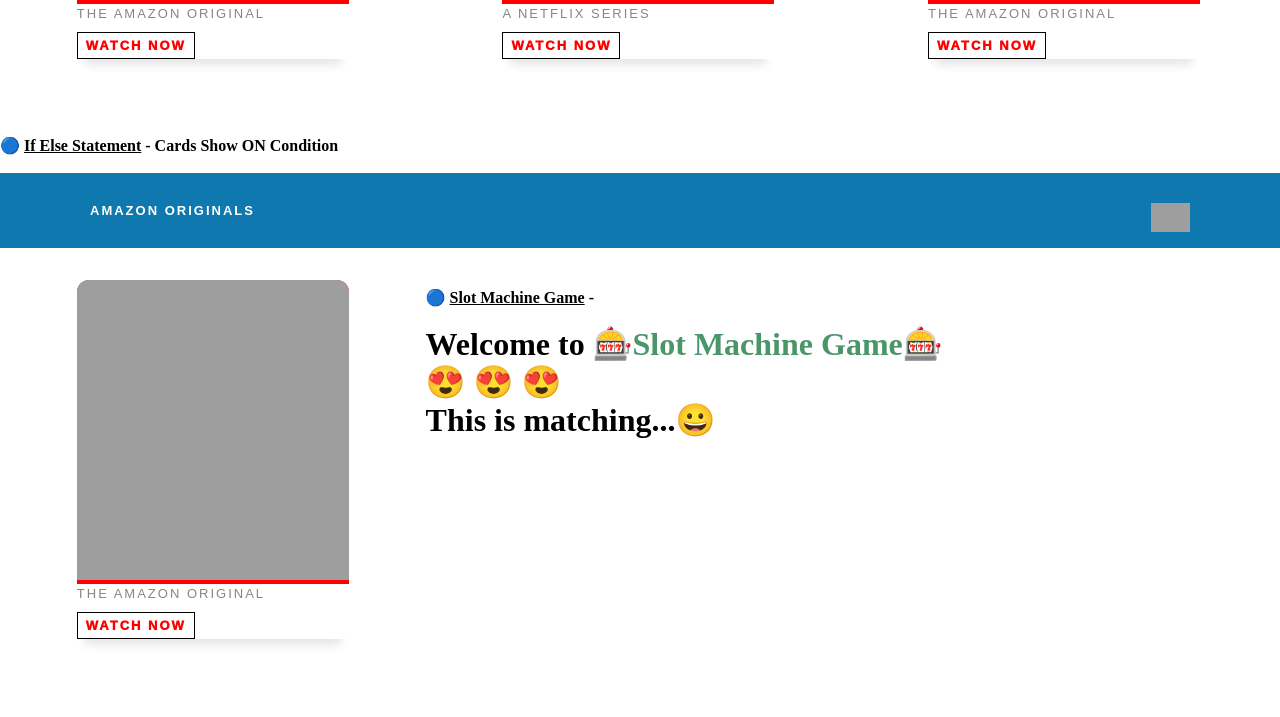
Repository: AalokJadhav/Being_ReactJS
Page: /
The author's editor kept a copy of each file at every save. The page is drawn from the files as they stood at one save, then again after the next save.
The browser window is 1280 px wide. The pictures show the part of the page from y = 2507 to 3224 px (the page is 3224 px tall).
Pictures or frames that could not be fetched are drawn as grey boxes. Some web fonts or font styles are not loaded; a fallback is used. The project was rebuilt for these pictures with package versions that can differ from the ones it lists, and the page was loaded fresh each time.

Above is the page before, as saved 2021-10-19 20:42:33.

### public/index.html
<!DOCTYPE html>
<html lang="en">

<head>
  <meta charset="utf-8" />
  <link rel="icon" href="%PUBLIC_URL%/favicon.ico" />
  <meta name="viewport" content="width=device-width, initial-scale=1" />
  <meta name="theme-color" content="#000000" />
  <meta name="description" content="Web site created using create-react-app" />
  <link rel="apple-touch-icon" href="%PUBLIC_URL%/logo192.png" />
  <!--
      manifest.json provides metadata used when your web app is installed on a
      user's mobile device or desktop. See https://developers.google.com/web/fundamentals/web-app-manifest/
    -->
  <link rel="manifest" href="%PUBLIC_URL%/manifest.json" />
  <link rel="preconnect" href="https://fonts.googleapis.com">
  <link rel="preconnect" href="https://fonts.gstatic.com" crossorigin>
  <link rel="preconnect" href="https://fonts.googleapis.com">
  <link rel="preconnect" href="https://fonts.gstatic.com" crossorigin>
  <link href="https://fonts.googleapis.com/css2?family=Festive&display=swap" rel="stylesheet">
    <!--
      Notice the use of %PUBLIC_URL% in the tags above.
      It will be replaced with the URL of the `public` folder during the build.
      Only files inside the `public` folder can be referenced from the HTML.

      Unlike "/favicon.ico" or "favicon.ico", "%PUBLIC_URL%/favicon.ico" will
      work correctly both with client-side routing and a non-root public URL.
      Learn how to configure a non-root public URL by running `npm run build`.
    -->
  <title>Being React</title>
</head>

<body>
  <noscript>You need to enable JavaScript to run this app.</noscript>
  <div id="root"></div>
  <!--
      This HTML file is a template.
      If you open it directly in the browser, you will see an empty page.

      You can add webfonts, meta tags, or analytics to this file.
      The build step will place the bundled scripts into the <body> tag.

      To begin the development, run `npm start` or `yarn start`.
      To create a production bundle, use `npm run build` or `yarn build`.
    -->
</body>

</html>

### src/index.js
// var React = require ('react');
// var ReactDom = require ('react-dom');

import React from 'react';
import ReactDom from 'react-dom';
import './index.css';
import App from './App';


ReactDom.render(<App />, document.getElementById('root'));

### src/index.css

*{margin: 0; padding: 0; box-sizing: border-box;};


.h3 {
  padding-left: 0%;
}
/* Style the header with a grey background and some padding */
.header {
  overflow: hidden;
  background-color: black;
  padding: 20px 10px;
}

/* Style the header links */
.header a {
  float: left;
  color: #fff;
  text-align: center;
  padding: 12px;
  text-decoration: none;
  font-size: 18px;
  line-height: 25px;
  border-radius: 4px;
}

/* Style the logo link (notice that we set the same value of line-height and font-size to prevent the header to increase when the font gets bigger */
.header a.logo {
  font-size: 25px;
  font-weight: bold;
  font-family: cursive;
  color: #61dafb;
}

/* Style the active/current link*/
.active {
  line-height: 50px;
}

/* Float the link section to the right */
.header-right {
  float: right;
}

.heart {
	font-size: 25px;
	color: #e00;
	animation: beat .25s infinite alternate;
	transform-origin: center;
}

/* Heart beat animation */
@keyframes beat{
	to { transform: scale(1.4); }
}

.googlefont {
  font-family: 'Festive', cursive;
}
/* Add media queries for responsiveness - when the screen is 500px wide or less, stack the links on top of each other */
@media screen and (max-width: 500px) {
  .header a {
    float: none;
    display: block;
    text-align: left;
  }
  .header-right {
    float: none;
  }
}

.img_div img{
  width: 33%;
  height: 5%;
  margin: auto;
  padding-left: 2%;
}

.content {
  padding-left: 2%;
}
.sHeading1 {
  text-align: center;
}

.challenge1 {
  background-color: rgb(137, 191, 212);
  width: 40%;
  height: 20vh;
  display: flex;
  justify-content: center;
  align-items: center;
  margin-top: -0px;
  margin-left: 25px;
  border-radius: 20px;
}

.heading_styleN  {
  padding: 30px 0;
  padding-left: 90px;
  text-align: left;
  font-family: "Raleway", sans-serif;
  text-transform: uppercase;
  font-size: 13px;
  letter-spacing: 2px;
  font-weight: 5000;
  color: red;
  background-color: black;
  font-size: 1.rem;
  margin-bottom: -50px;
}

.netflixlogo {
  height: 29px;
  float: right;
  padding-right: 90px;

}
.heading_styleA  {
  padding: 30px 0;
  padding-left: 90px;
  text-align: left;
  font-family: "Raleway", sans-serif;
  text-transform: uppercase;
  font-size: 13px;
  letter-spacing: 2px;
  font-weight: 5000;
  color: white;
  background-color: #0f79af;
  font-size: 1.rem;
  margin-bottom: -50px;
}

.primelogo {
  height: 29px;
  float: right;
  padding-right: 90px;
}

.cards {
  width: 100%;
  height: auto;
}

.card {
  margin: 6%;
  transition: all 0.4s cubic-bezier(0.175, 0.885, 0, 1);
  width: 21.25%;
  border-radius: 12px;
  background-color: red;
  box-shadow: 0px 13px 10px -7px rgb(0, 0, 0, 0.1);
  float: left;
}

.card:hover {
  box-shadow: 0px 30px 18px  -8px  rgb(0, 0, 0, 0.1);
  transform: scale(1.05, 1.05);
  background-color: green;

}
.card__img {
  width: 100%;
  height: 300px;
  border-top-left-radius: 12px;
  border-top-right-radius: 12px;

}

.card__info {
  background-color: #fff;
  border-bottom-left-radius: 12px;
  border-bottom-left-radius: 12px;
  background-color: #fff;
}

.card__category {
  font-family: "Raleway", sans-serif;
  text-transform: uppercase;
  font-size: 13px;
  letter-spacing: 2px;
  font-weight: 500;
  color: #868686;
  background-color: #fff;


}

.card__title {
  margin-top: 5px;
  margin-bottom: 10px;
  text-transform: capitalize;
  font-family: "Raleway", sans-serif;
  background-color: #fff;

}

button {
  padding: 5px 8px;
  font-family: "Raleway", sans-serif;
  text-transform: uppercase;
  font-size: 13px;
  letter-spacing: 2px;
  font-weight: 1000;
  color: red;
  background-color: #fff;
  outline: none;
  border: 1px solid black;
  cursor: pointer;
}

.flash{
  animation:blinkingText 1.2s infinite;
}
@keyframes blinkingText{
  0%{     color: blue;    }
  49%{    color: chartreuse; }
  60%{    color: red; }
  99%{    color:turquoise;  }
  100%{   color: #000;    }
}

### src/App.js
import React from "react";
import './index.css';

import Navbar from './Header'
import List from "./List";
import CurrentDate from "./CurrentDate";
import RandomImages from "./RandomImages";
import InlineCss from "./InlineCss";
import SimpleGreeting from './SimpleGreeting';
import GoogleFont from "./GoogleFont";
import RComponents from "./RComponents";
import NetflixCard from "./NetflixCard";
import IfElse from "./IfElse";
import SlotMachine from "./SlotMechine";


function App() {

  return (
    <>
      <Navbar /><br /><br /><br /><br />
      <h4>Hello  World From ReactJS...✋</h4><br />
      <CurrentDate />
      <RandomImages />
      <InlineCss /> <br />
      <GoogleFont />
      <SimpleGreeting />
      <List />
      <RComponents />
      <NetflixCard />
      <IfElse /><br /><br /><br /><br /><br />
      <SlotMachine />
    </>
  );
}



export default App;


//In Pure JavaScript
var h3 = document.createElement('h3');
h3.innerHTML = 'Hello  World From Pure JavaScript...❤❤❤';
document.getElementById('root').appendChild(h3);

### src/Header.jsx
import React from "react";




function Navbar() {

  return (
    <>
    <div className="header">
        <a href="#default" className="logo"><span style={{ color: 'white'}}>Being</span> &nbsp;
        <img src="data:[embedded picture, 514 characters]" alt="" height="20"  />
           &nbsp; React</a>
      <div className="header-right">
        <h5 className="active" style={{ color: 'white'}}>Made with <span className="heart">&#x2665;</span> by Alok Jadhav</h5>
        </div>
      </div>
    </>
  );
}
export default Navbar;

### src/List.jsx
import React from "react";
import './index.css';

function List() {
  return (
    <>

      <div className="content">
      <h3>Netflix Top Series</h3>
        <ol>
          <li>Stranger Things</li>
          <li>Dark</li>
          <li>Money Heiest</li>
          <li>Elite</li>
          <li>Ozark</li>
        </ol>
      </div>
      <br />
    </>
  );
}

export default List;

### src/CurrentDate.jsx
import React from "react";


const fullDate = new Date();
const date = fullDate.toLocaleDateString();
const time = fullDate.toLocaleTimeString();


function CurrentDate() {
    return (
        <>
        <h4>🔵 <u>Display Current date and time in JSX</u> -</h4><br />
        <div className="content">
          <p>Current Date is {`${date}`} </p>
          <p>Current Time is {`${time} `} </p>
        </div>
        <br />
        </>
    );
  }

export default CurrentDate;

### src/RandomImages.jsx
import React from "react";
import './index.css';

const RandomImgUrl = 'https://picsum.photos/2000';
const RandomImgUrl1 = 'https://picsum.photos/900';
const RandomImgUrl2 = 'https://picsum.photos/800';

function RandomImages() {
  return (
    <>
    <h4>🔵 <u>JSX Attributes for random image</u> -</h4><br />
  <div className="img_div">
    <img src={RandomImgUrl} alt='random image1' />
    <img src={RandomImgUrl1} alt='random image2' />
    <img src={RandomImgUrl2} alt='random image3' />
  </div>
  <br />
  </>
  );
}

export default RandomImages;

### src/InlineCss.jsx
function InlineCss() {
    return (
        <>
            <h4 >🔵 <u>Inline or Internal CSS Styling</u> -</h4><br/>
            <div className="content">
            <h3>Being <span style={{ color: '#61dafb', fontFamily: 'serif' }}>ReactJs</span> </h3>
            </div>
        </>
    )
}

export default InlineCss;

### src/SimpleGreeting.jsx
const CurrDate = new Date(2021, 14, 10, 9);
const hour = CurrDate.getHours();
let greeting = '';

const cssStyle = {}

if (hour >= 1 && hour < 12) {
    greeting = 'Good Mooring..🙂';
    cssStyle.color = 'green';
} else if (hour >= 12 && hour < 19) {
    greeting = 'Good Afternoon..🙄';
    cssStyle.color = 'orange';
} else {
    greeting = 'Good Night..😴';
}

function SimpleGreeting() {
    return (
        <>
            <h4>🔵 <u>Challenge</u> - As Timeline change the expression of farewell (ie.Good Morning/Afternoon/Night)</h4><br />
            <div className="challenge1">
                <h1>Hello World...<span style={cssStyle}> {greeting}</span></h1>
            </div>
            <br />
        </>
    )
}

export default SimpleGreeting;

### src/GoogleFont.jsx
import React from "react";
import './index.css';


function GoogleFont() {
  return (
    <>
    <h4>🔵 <u>How to use Google Font</u> -  see font link in index.html </h4><br/>
  <div className="content">
    <h4 className="googlefont">Use Google font in React </h4>
  </div>
  <br />
  </>
  );
}

export default GoogleFont;

### src/RComponents.jsx
import React from 'react';
import Title from './Title';
import AllCharacter from './AllCharacter';

function RComponents() {
    return (
        <>
            <h4>🔵 <u>React Components</u> - Seprate Piece of code into Components</h4><br />
            <Title />
            <br />
            <AllCharacter />
            <br />
        </>
    )
}

export default RComponents;

### src/NetflixCard.jsx
import React from "react";
import Card from "./Card";
import Sdata from "./Sdata";
import Title from "./Title";

function NetflixCard() {

    return (
        <>
            <h4>🔵 <u>Props & Array with Map Arrow Function</u> - Netflix Card</h4><br />
            <Title /><br />
            {/* <h1 className="heading_styleN" >Netflix Favorite  Series</h1> */}
            {Sdata.map((val, index) => {
                console.log(index);
                return (
                    <Card
                        key={val.id}
                        imgsrc={val.imgsrc}
                        title={val.title}
                        sname={val.sname}
                        link={val.link} />
                )
            })
            }
        </>
    )
}

export default NetflixCard;

### src/IfElse.jsx
import React from "react";
import Card from "./Card";
import Sdata from "./Sdata";

const FavSeries = 'netflix';

function IfElse() {
    if (FavSeries === 'netflix') {
        return (
            <>
                <h4>🔵 <u>If Else Statement</u> - Cards Show ON Condition</h4><br />
                <h1 className="heading_styleA" >Amazon Originals <img className="primelogo" src='https://upload.wikimedia.org/wikipedia/commons/thumb/1/11/Amazon_Prime_Video_logo.svg/800px-Amazon_Prime_Video_logo.svg.png'></img> </h1>
                <Card
                    key={Sdata[1].id}
                    imgsrc={Sdata[1].imgsrc}
                    title={Sdata[1].title}
                    sname={Sdata[1].sname}
                    link={Sdata[1].link} />

            </>
        )
    } else {
        return (
            <>
                <br />
                <h4>🔵 <u>If Else Statement</u> - Cards Show with Condition</h4><br />
                <h1 className="heading_styleN" >A Netflix Originals <img className="netflixlogo" src='https://upload.wikimedia.org/wikipedia/commons/thumb/0/08/Netflix_2015_logo.svg/799px-Netflix_2015_logo.svg.png'></img> </h1>
                <Card
                    key={Sdata[2].id}
                    imgsrc={Sdata[2].imgsrc}
                    title={Sdata[2].title}
                    sname={Sdata[2].sname}
                    link={Sdata[2].link} />

            </>
        )



    }

}

export default IfElse;

### src/SlotMechine.jsx
import React from "react";

const SlotM = () => {
    let x = '😍';
    let y = '😍';
    let z = '😍';

    if ((x === y && y === z)) {
        return (
            <>
            <div className="slot_inner">
                <h1>
                    {x} {y} {z}
                </h1>
                <h1> This is matching...😀</h1>
            </div>
            </>
        )
    } else {
        return (
            <>
            <div className="slot_inner">
                <h1>
                    {x} {y} {z}
                </h1>
                <h1> This is not matching...😓</h1>
            </div>
            </>
        )
    }
}

const SlotMachine = () => {
    return (
        <>
         <h4>🔵 <u>Slot Machine Game</u> - </h4><br />
        <h1 className="heading_style">Welcome to {""} 🎰<span className="flash">Slot Machine Game</span>🎰</h1>
        <SlotM  />
        </>
    )
}

export default SlotMachine;

### src/Title.jsx
import React from "react";


function Title() {
    return (
        <div className="sHeading1">
            <h2><span style={{color: 'red'}}>Netflix</span> & <span style={{color: '#0f79af'}}>Amazon</span> Top Series</h2>
        </div>

    )
}



export default Title;

### src/AllCharacter.jsx
// import { FullName } from './FullName';



const Characters = ['Ross', 'Rachel', 'Monica', 'Joey', 'Chandler', 'Phoebe'];
const AllCharacters = [];

let name = 'Alok Jadhav';
const Myname = name

Characters.forEach(function (data) {
  AllCharacters.push(<li>{data}</li>);
});

function AllCharacter() {
  return (
    <>
      <h4>🔵 <u>ES6 Modules, function Import Export</u> - </h4><br />
      <div className="content">
        <h3>F.R.I.E.N.D.S Characters</h3>
        <ol className="content">
          <li>{AllCharacters}</li>
        </ol>
        <br />
        <h3>{Myname}</h3>
      </div>
    </>
  )
}

export default AllCharacter;

### src/Card.jsx
import React from "react";
import Images from "./CardImages";
import NcardHeading from "./NcardHeading";

function Card(props) {
    return (
      <>
        <div className="cards">
          <div className="card">
            <Images  imgsrc={props.imgsrc}/>
            <div className="card__info">
              <span className="card__category">{props.title}</span>
              <NcardHeading sname={props.Sname} />
              <a href={props.link} target="_blank" rel="noreferrer">
                <button>Watch Now</button>
              </a>
            </div>
          </div>
        </div>
      </>
    )
  }

  export default Card;

### src/Sdata.jsx
const Sdata = [
  {
    id: 1,
    imgsrc:
      "http://cdn.shopify.com/s/files/1/0151/0741/products/pg1004_1024x1024.jpg?v :1578633269",
    title: "A Netflix Series",
    sname: "F.R.I.E.N.D.S",
    link: "https://www.netflix.com/in/title/70153404",
  },
  {
    id: 2,
    imgsrc: "https://talenthouse-res.cloudinary.com/image/upload/c_limit,fl_progressive,h_1280,w_1280/v1542188034/user-849291/submissions/mfa0no5fxv0d2t40jgpt.jpg",
    title: "The Amazon Original",
    sname: "Mirzapur",
    link: "https://www.primevideo.com/detail/Mirzapur/0PDOKMV9CRLOMO5EUKNCUJLG4Q",
  },
  {
    id: 3,
    imgsrc: "https://wallpapercave.com/wp/wp4056407.jpg",
    title: "A Netflix Series",
    sname: "Dark",
    link: "https://www.netflix.com/in/title/80100172",
  },
  {
    id: 4,
    imgsrc: "https://i1.wp.com/urbanasian.com/wp-content/uploads/2021/01/C5171E29-D5A4-4E14-99B2-CA462FC48FA2.png?fit=525%2C453&ssl=1",
    title: "The Amazon Original",
    sname: "The Family Man",
    link: "https://www.primevideo.com/detail/The-Family-Man/0H3DDB4KBJFNDCKKLHNRLRLVKQ",
  },
  {
    id: 5,
    imgsrc: "https://wallpapercave.com/wp/wp1839578.jpg",
    title: "A Netflix Series",
    sname: "Stranger Things",
    link: "https://www.netflix.com/in/title/80057281",
  },
  {
    id: 6,
    imgsrc: "https://www.91-cdn.com/hub/wp-content/uploads/2021/07/Paatal-Lok-highest-rated-Hindi-web-series-to-watch-on-Amazon-Prime-Video.jpg?tr=q-100",
    title: "The Amazon Original",
    sname: "Paatal Lok",
    link: "https://www.primevideo.com/detail/Paatal-Lok/0G9IEOHCN8KMY6COD9ILGH7IY5",
  },
];

export default Sdata;

### src/CardImages.jsx
import React from "react";

const Images = (props) => {
    return <img src={props.imgsrc} alt="friends" className="card__img"  />

};

export default Images;

### src/NcardHeading.jsx
import React from "react";

const NcardHeading = (props) => {
  return  <h3 className="card__title">{props.Sname}</h3>
}

export default NcardHeading;

After the next save:
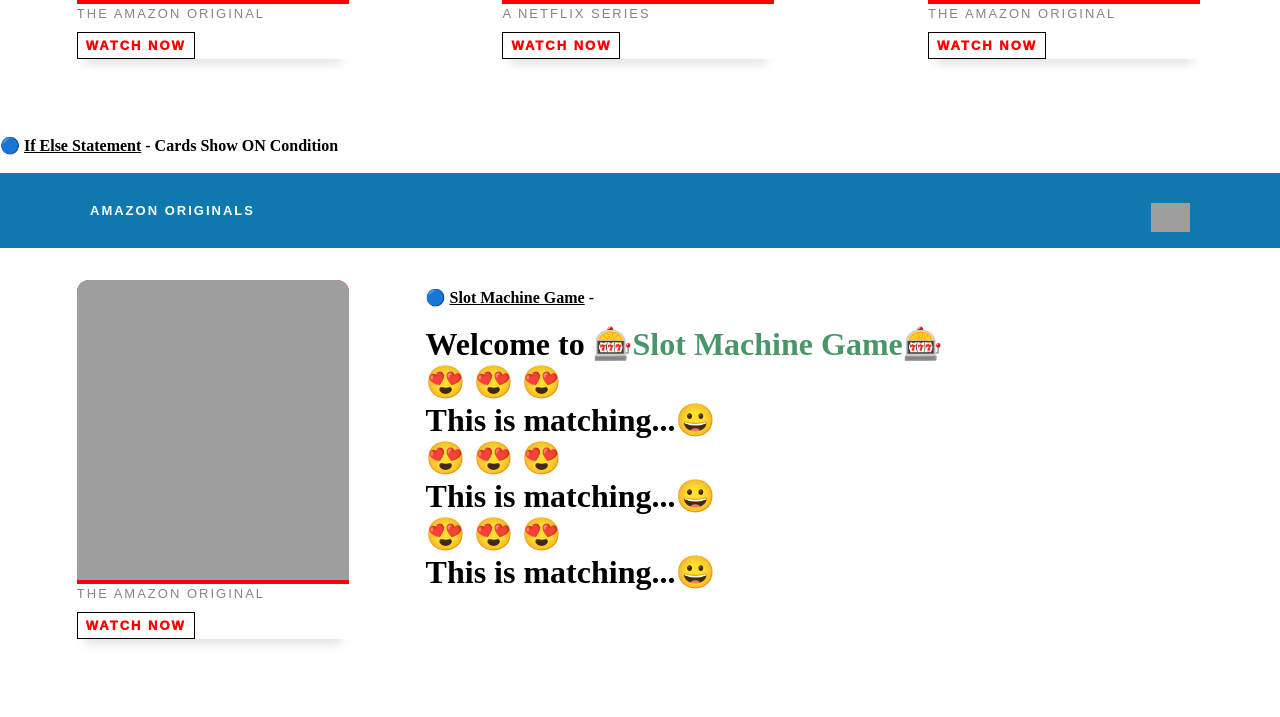
Saved 12 s later.
--- a/src/SlotMechine.jsx
+++ b/src/SlotMechine.jsx
@@ -36,6 +36,9 @@
          <h4>🔵 <u>Slot Machine Game</u> - </h4><br />
         <h1 className="heading_style">Welcome to {""} 🎰<span className="flash">Slot Machine Game</span>🎰</h1>
         <SlotM  />
+        <SlotM  />
+        <SlotM  />
+
         </>
     )
 }
